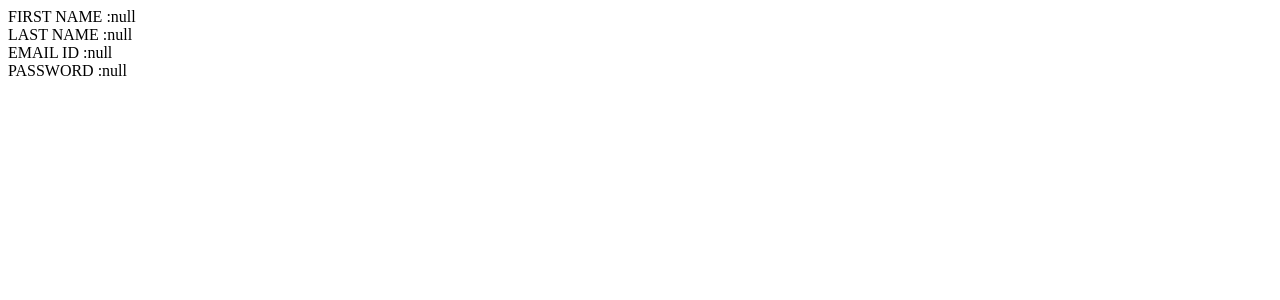
Repository: Catalyst-OTU/Java_Works
Page: http://localhost/ServletBasic/StudentRegister
The author's editor kept a copy of each file at every save. The page is drawn from the files as they stood at one save, then again after the next save.
The browser window is 1280 px wide. The pictures show the whole page.
The page is served by Tomcat 9. Other server files are loaded and not shown.

Above is the page before, as saved 2021-01-27 20:20:25.

### ServletBasic/src/com/trainings/servlets/StudentRegister.java
package com.trainings.servlets;

import java.io.IOException;
import java.io.PrintWriter;

import javax.servlet.ServletException;
import javax.servlet.annotation.WebServlet;
import javax.servlet.http.HttpServlet;
import javax.servlet.http.HttpServletRequest;
import javax.servlet.http.HttpServletResponse;

/**
 * Servlet implementation class StudentRegister
 */
@WebServlet("/StudentRegister")
public class StudentRegister extends HttpServlet {
	private static final long serialVersionUID = 1L;

    /**
     * @see HttpServlet#HttpServlet()
     */
    public StudentRegister() {
        super();
        // TODO Auto-generated constructor stub
    }

	/**
	 * @see HttpServlet#doGet(HttpServletRequest request, HttpServletResponse response)
	 */
	protected void doGet(HttpServletRequest request, HttpServletResponse response) throws ServletException, IOException {


		response.setContentType("text/html");

		PrintWriter out = response.getWriter();

		out.println("<html> <body>");

		out.println("FIRST NAME :" + request.getParameter("firstName") + "<br/> " +  "LAST NAME :" + request.getParameter("lastName")
		+ "<br/>" +  "EMAIL ID :" + request.getParameter("email") + "<br/> " +  "PASSWORD :" + request.getParameter("pass"));

		out.println("</html> </body>");
	}

	/**
	 * @see HttpServlet#doPost(HttpServletRequest request, HttpServletResponse response)
	 */
	protected void doPost(HttpServletRequest request, HttpServletResponse response) throws ServletException, IOException {
		// TODO Auto-generated method stub
		doGet(request, response);
	}

}

After the next save:
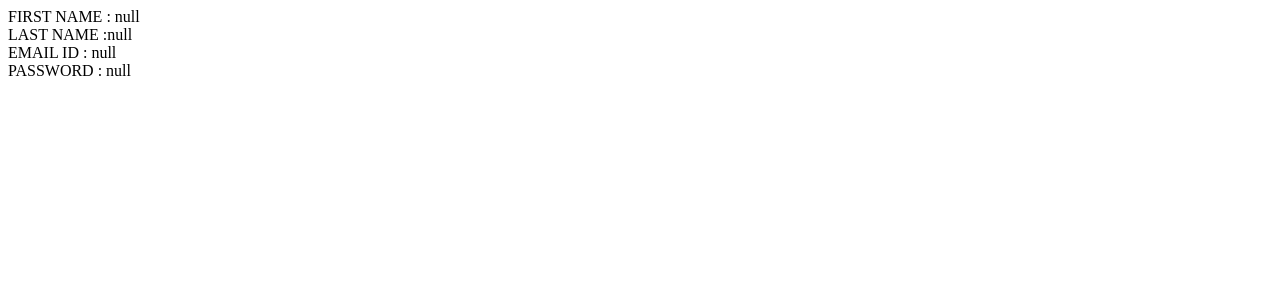
Saved 2 min 37 s later.
--- a/ServletBasic/src/com/trainings/servlets/StudentRegister.java
+++ b/ServletBasic/src/com/trainings/servlets/StudentRegister.java
@@ -36,8 +36,8 @@
 
 		out.println("<html> <body>");
 
-		out.println("FIRST NAME :" + request.getParameter("firstName") + "<br/> " +  "LAST NAME :" + request.getParameter("lastName")
-		+ "<br/>" +  "EMAIL ID :" + request.getParameter("email") + "<br/> " +  "PASSWORD :" + request.getParameter("pass"));
+		out.println("FIRST NAME :" + " " + request.getParameter("firstName") + " " + "<br/> " +  "LAST NAME :" + request.getParameter("lastName")
+		+ "<br/>" +  "EMAIL ID :" + " " + request.getParameter("email") + "<br/> " +  "PASSWORD :" + " " + request.getParameter("pass"));
 
 		out.println("</html> </body>");
 	}

After the save that followed:
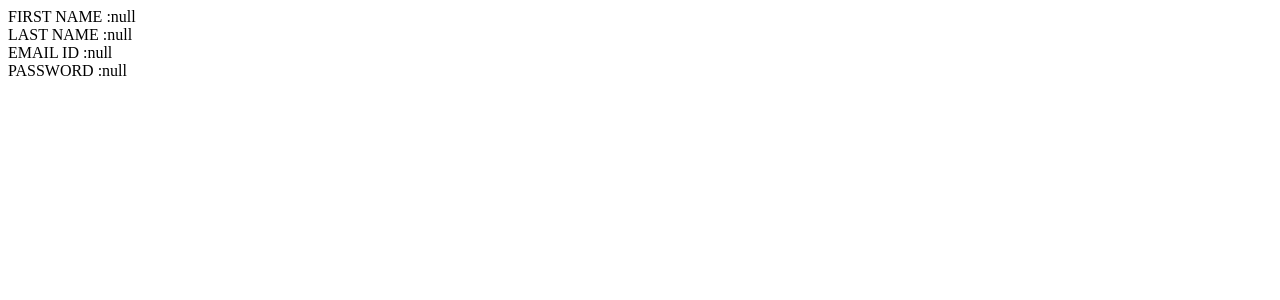
Saved 2 min 4 s later.
--- a/ServletBasic/src/com/trainings/servlets/StudentRegister.java
+++ b/ServletBasic/src/com/trainings/servlets/StudentRegister.java
@@ -36,8 +36,8 @@
 
 		out.println("<html> <body>");
 
-		out.println("FIRST NAME :" + " " + request.getParameter("firstName") + " " + "<br/> " +  "LAST NAME :" + request.getParameter("lastName")
-		+ "<br/>" +  "EMAIL ID :" + " " + request.getParameter("email") + "<br/> " +  "PASSWORD :" + " " + request.getParameter("pass"));
+		out.println("FIRST NAME :" + request.getParameter("firstName") + "<br/> " +  "LAST NAME :" + request.getParameter("lastName")
+		+ "<br/>" +  "EMAIL ID :" + request.getParameter("email") + "<br/> " +  "PASSWORD :" + request.getParameter("pass"));
 
 		out.println("</html> </body>");
 	}
